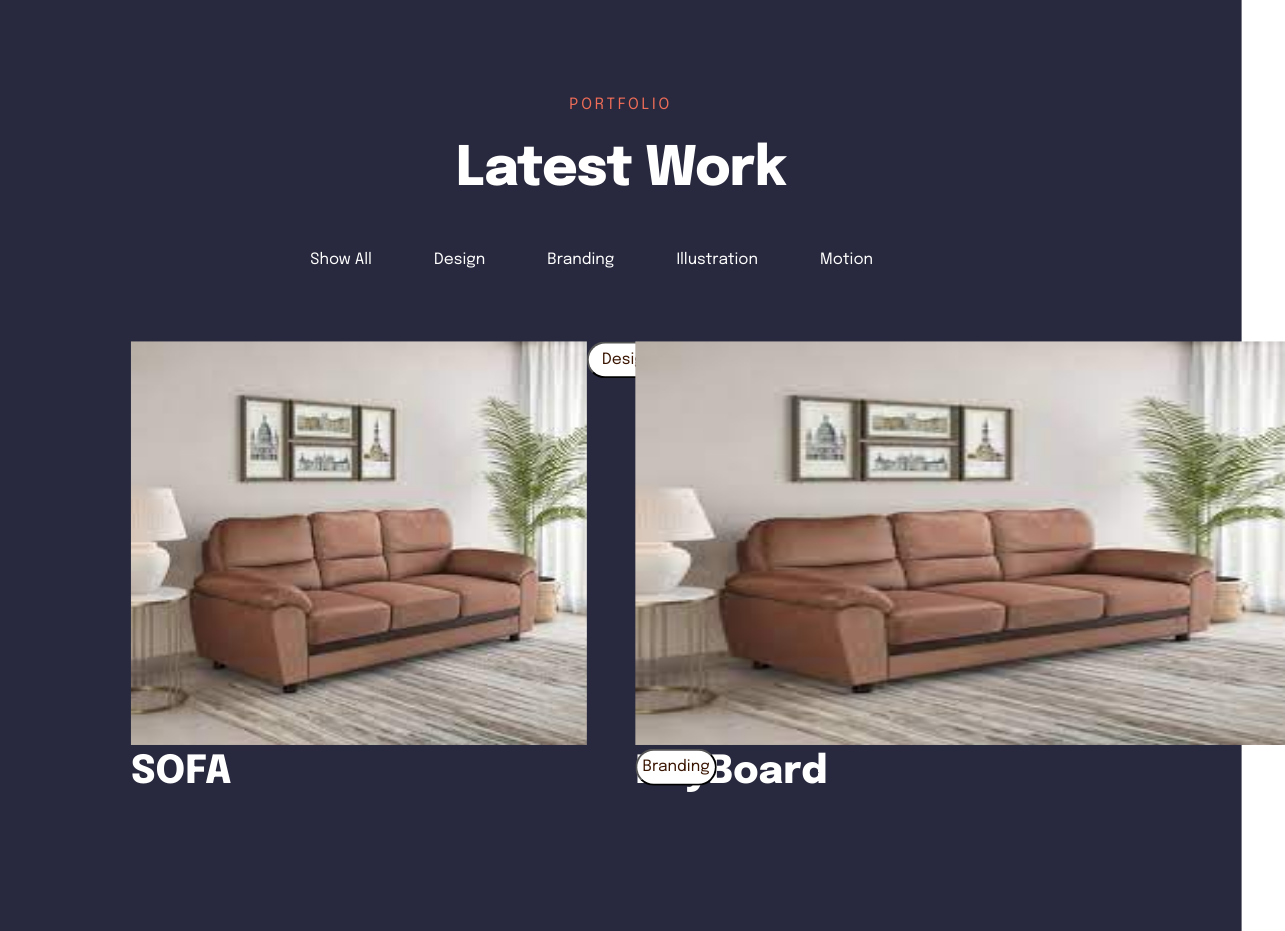
Repository: MehdiKerimov/Figma-task-13
Page: index.html
The author's editor kept a copy of each file at every save. The page is drawn from the files as they stood at one save, then again after the next save.
The browser window is 1280 px wide. The page is 1325 px wide, so the pictures cover 1325 px, including what lies to the right of the window. The pictures show the whole page, at 97% of full size.

Above is the page before, as saved 2023-09-26 10:42:33.

### index.html
<!DOCTYPE html>
<html lang="en">
  <head>
    <meta charset="UTF-8" />
    <meta name="viewport" content="width=device-width, initial-scale=1.0" />
    <title>Document</title>
    <link rel="stylesheet" href="index.css" />
  </head>
  <body>
    <div class="container">
      <div class="text-box">
        <h1>Portfolio</h1>
        <h2>Latest Work</h2>
        <div class="collaj">
          <a href="#">Show All</a>
          <a href="#">Design</a>
          <a href="#">Branding</a>
          <a href="#">Illustration</a>
          <a href="#">Motion</a>
        </div>
      </div>
      <div class="box-container">
        <div class="box-container-1">
          <div class="box-1 box">
            <img
              src="data:[embedded picture, 10047 characters]"
              alt=""
            />

              <button><a href="#">Design</a></button>
              <h4>SOFA</h4>

          </div>

          <div class="box-2 box">
            <img
              src="data:[embedded picture, 10047 characters]"
              alt=""
            />
            <div>
              <button><a href="#">Branding</a></button>
              <h4>KeyBoard</h4>
            </div>
          </div>
        </div>
        <!-- <div class="box-container-2">
          <div class="box-3 box">
            <img
              src="data:[embedded picture, 10047 characters]"
              alt=""
            />
            <div>
              <button><a href="#">Illustration</a></button>
              <h4>Work Media</h4>
            </div>
          </div>

          <div class="box-4 box">
            <img
              src="data:[embedded picture, 10047 characters]"
              alt=""
            />
            <div>
              <button><a href="#">Motion</a></button>
              <h4>DDDone</h4>
            </div>
          </div>
        </div> -->
      </div>
    </div>
  </body>
</html>

### index.css
@import url("https://fonts.googleapis.com/css2?family=Epilogue:wght@400;800&display=swap");
* {
  padding: 0;
  margin: 0;
  box-sizing: border-box;
}
.container {
  padding: 92px 135px 192px 135px;
  min-height: 100vh;
  background: #28293e;
}
.container .text-box {
  display: flex;
  flex-direction: column;
  align-items: center;
}
.container .text-box h1 {
  color: var(--Text_Light_Accent, #ef6d58);
  text-align: center;
  font-feature-settings: "clig" off, "liga" off;
  font-family: Epilogue;
  font-size: 16px;
  font-style: normal;
  font-weight: 400;
  line-height: 32px;
  letter-spacing: 3px;
  text-transform: uppercase;
}
.container .text-box h2 {
  margin-bottom: 44px;
  margin-top: 20px;
  color: var(--Text_Light, #fff);
  text-align: center;
  font-feature-settings: "clig" off, "liga" off;
  font-family: Epilogue;
  font-size: 56px;
  font-style: normal;
  font-weight: 800;
  line-height: 64px;
  letter-spacing: -1px;
}
.container .collaj {
  margin-bottom: 68px;
}
.container .collaj a {
  text-decoration: none;
  margin-right: 60px;
  color: var(--Text_Light, #fff);
  font-feature-settings: "clig" off, "liga" off;
  font-family: Epilogue;
  font-size: 16px;
  font-style: normal;
  font-weight: 400;
  line-height: 32px;
}
.container .box-container {
}
.container .box-container .box-container-1 {
  display: flex;
}
.container .box-container .box-container-2 {
  display: flex;
  margin-right: 50px;
}
.container .box-container .box-container-1 .box-1 {
  margin-right: 50px;
}
.container .box-container .box {
    position: relative
}
.container .box-container .box-container-1 .box-1  {
    width: 470px;
    height: 416px;
  }
.container .box-container .box-container-1 .box-1 img {
  width: 470px;
  height: 416px;
}
.container .box-container .box-container-1 .box-2  {
    width: 670px;
    height: 416px;
  }
.container .box-container .box-container-1 .box-2 img {
  width: 670px;
  height: 416px;
}
.container .box-container .box button {
  width: 84px;
  height: 38px;
  border-radius: 19px;
  background: #fff;
  position: absolute;
  left: 4;
}
.container .box-container .box button a {
  text-decoration: none;
  color: var(--Text_Dark, #391400);
  font-feature-settings: "clig" off, "liga" off;
  font-family: Epilogue;
  font-size: 16px;
  font-style: normal;
  font-weight: 400;
  line-height: 32px;
}
.container .box-container .box h4 {
  color: var(--Text_Light, #fff);
  font-feature-settings: "clig" off, "liga" off;
  font-family: Epilogue;
  font-size: 40px;
  font-style: normal;
  font-weight: 800;
  line-height: 48px;
}
.container .box-container .box-container-2 .box-3 img {
  width: 670px;
  height: 416px;
  margin-right: 50px;
}
.container .box-container .box-container-2 .box-4 img {
  width: 470px;
  height: 416px;
}

After the next save:
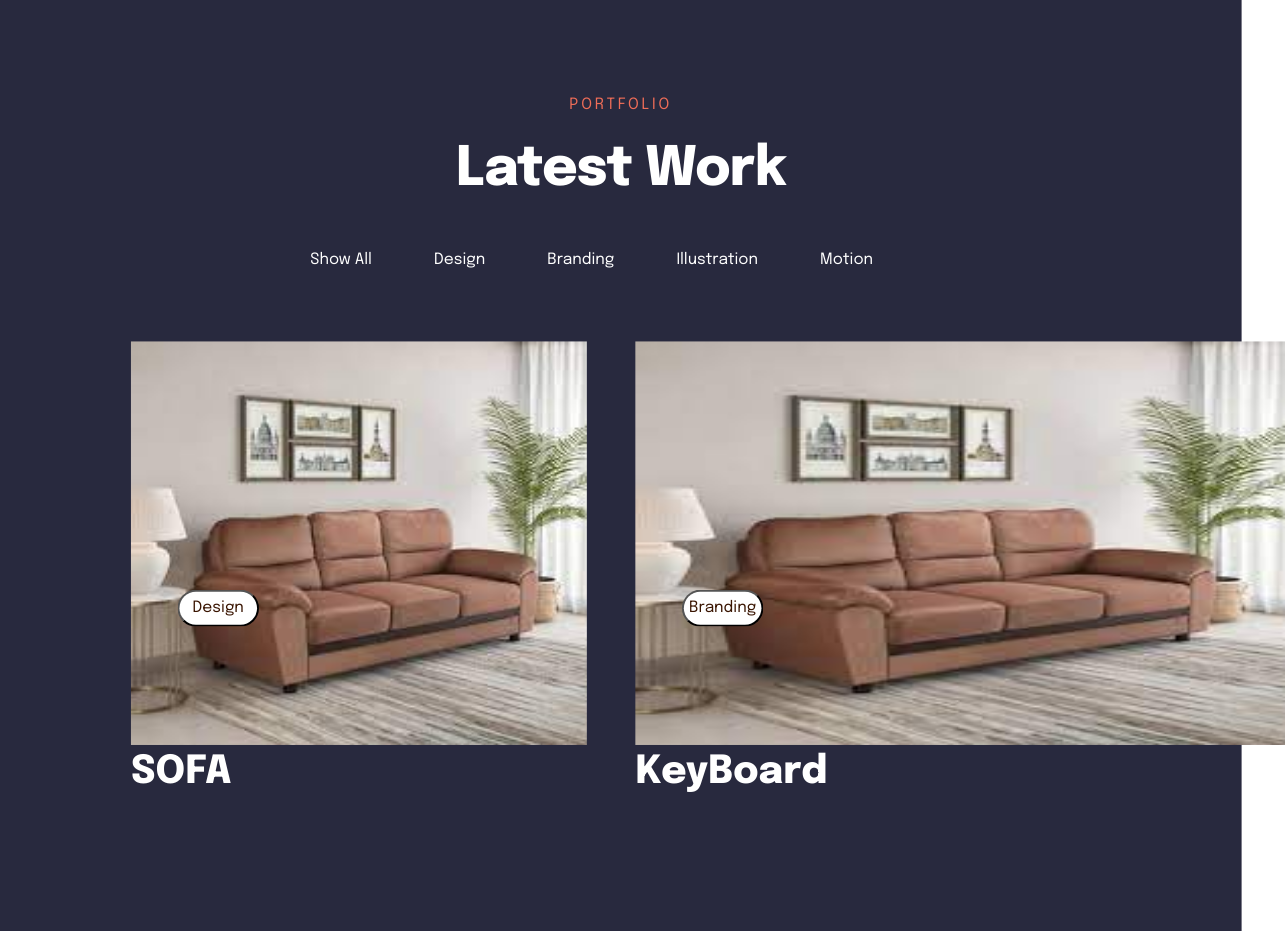
Saved 6 s later.
--- a/index.css
+++ b/index.css
@@ -90,7 +90,8 @@
   border-radius: 19px;
   background: #fff;
   position: absolute;
-  left: 4;
+  left: 48px;
+  bottom: 122px;
 }
 .container .box-container .box button a {
   text-decoration: none;
